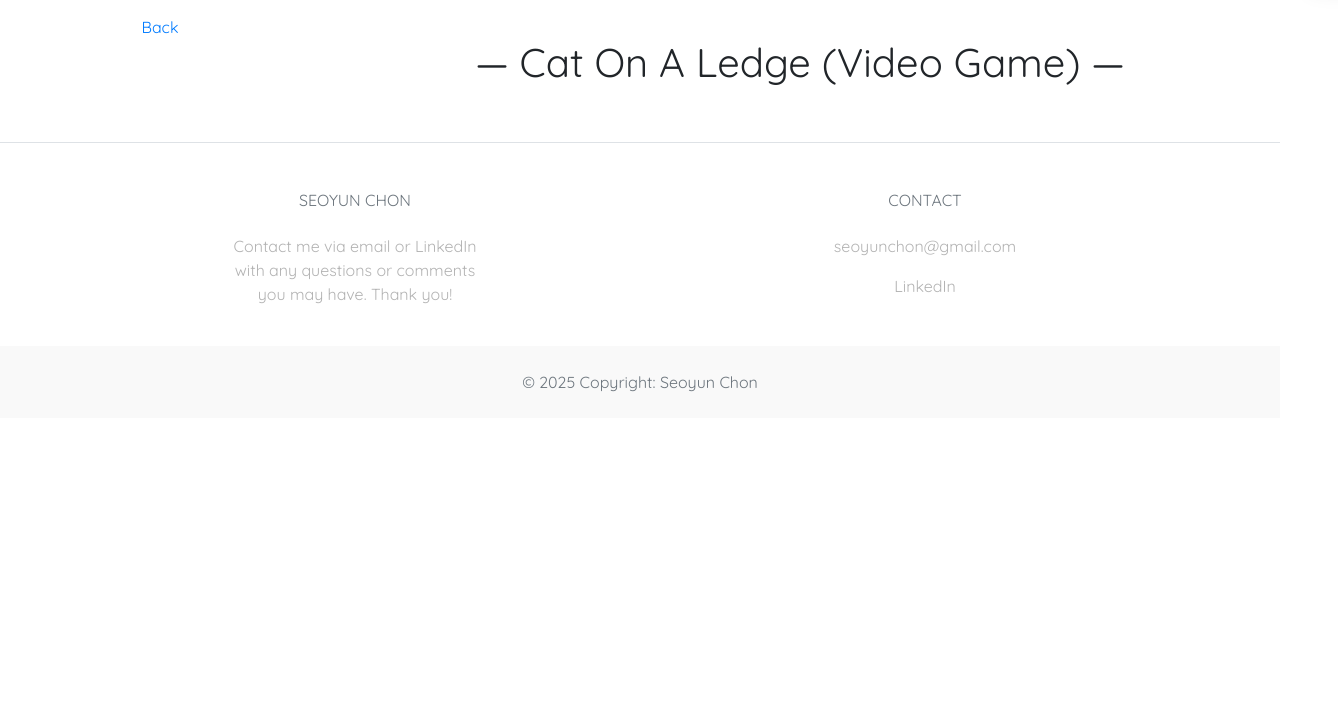
Repository: schon02/seoyun-chon-portfolio
Page: projects_catonaledge_page.html
These files come from the project's save history. The page is drawn as it stood at one moment and after the next save; the edit follows.
The browser window is 1280 px wide. The page is 1338 px wide, so the pictures cover 1338 px, including what lies to the right of the window. The pictures show the part of the page from y = 720 to 1440 px (the page is 1440 px tall).

Above is the page before, as saved 2025-01-31 16:25:07.

After the next save:
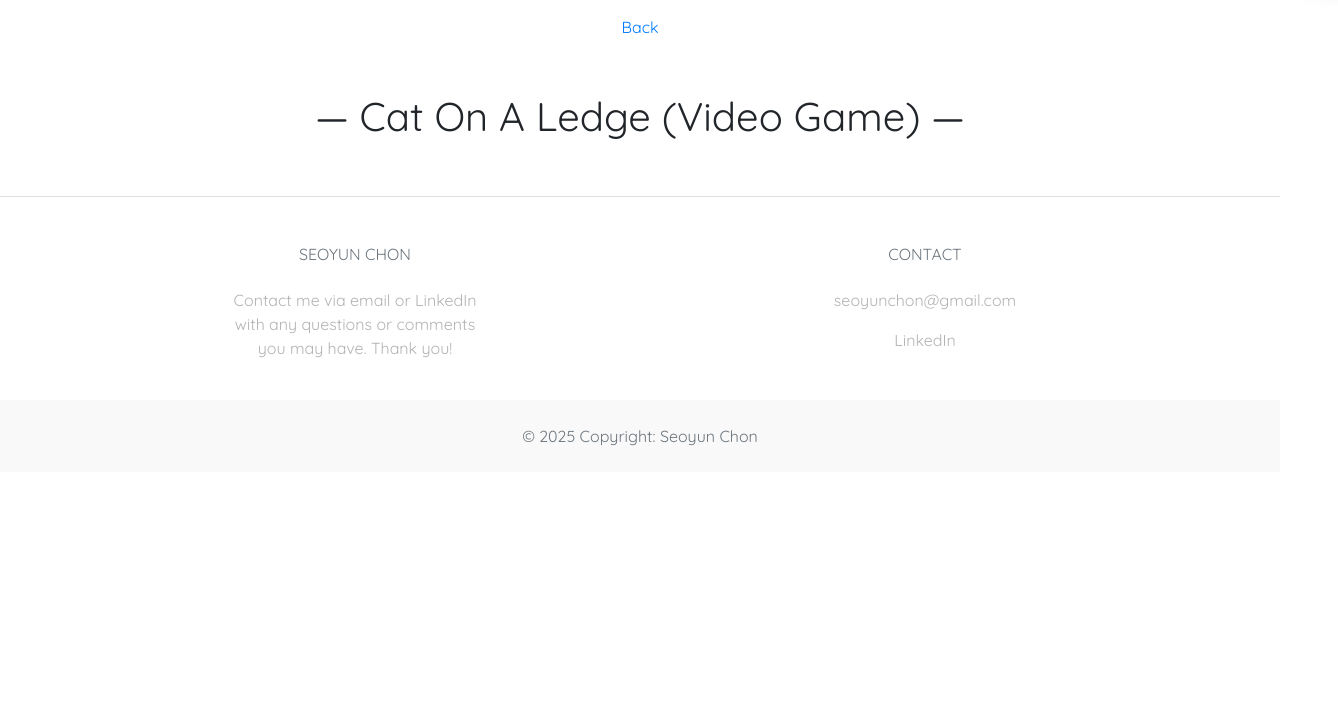
Saved 91 s later.
--- a/projects_catonaledge_page.html
+++ b/projects_catonaledge_page.html
@@ -118,11 +118,11 @@
 
           <div class="hero" style="background-image: url('images/s2k2.JPG');"></div>
 
-          <div class="responsive">
+
             <a href="projects_page.html">
               <div class="desc">Back</div>
             </a>
-          </div>
+
 
         <div class="text-center" style="padding-top: 1cm;">
           <h1>— Cat On A Ledge (Video Game) —</h1>
